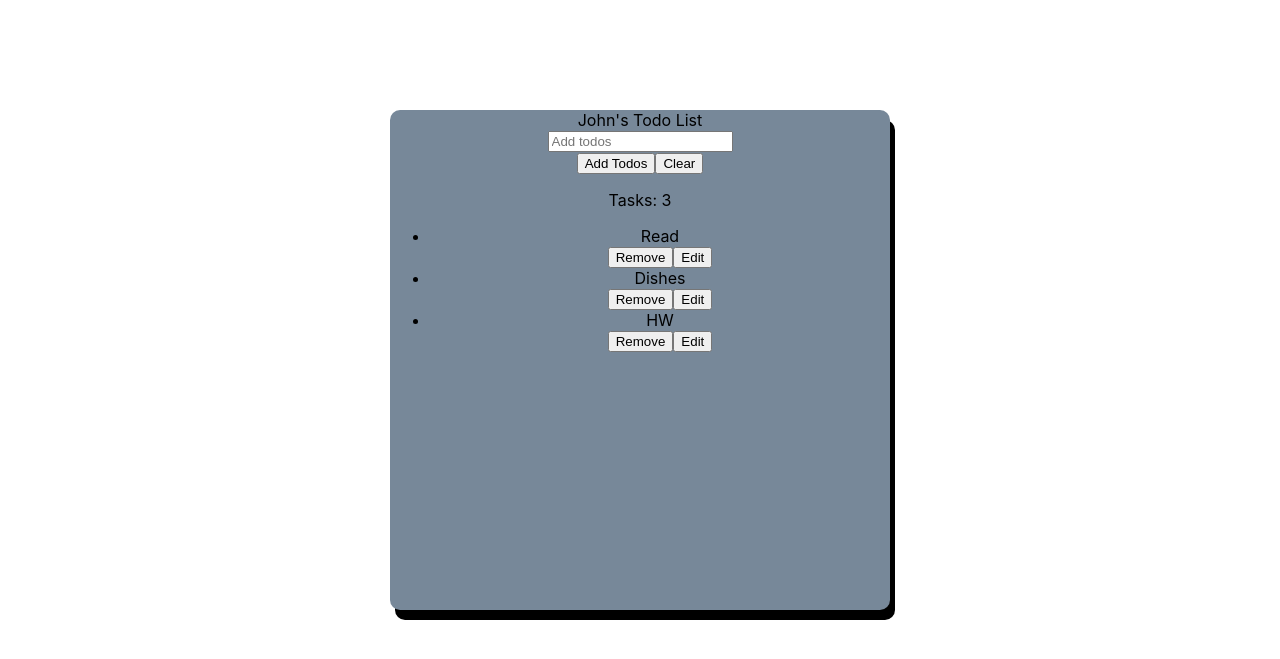
Repository: JohnKang0720/Simple-Todo-List
Page: /
These files come from the project's save history. The page is drawn as it stood at one moment and after the next save; the edit follows.
The browser window is 1280 px wide. The pictures show the whole page.
The project was rebuilt for these pictures with package versions that can differ from the ones it lists, and the page was loaded fresh each time.

Above is the page before, as saved 2021-05-27 18:37:38.

After the next save:
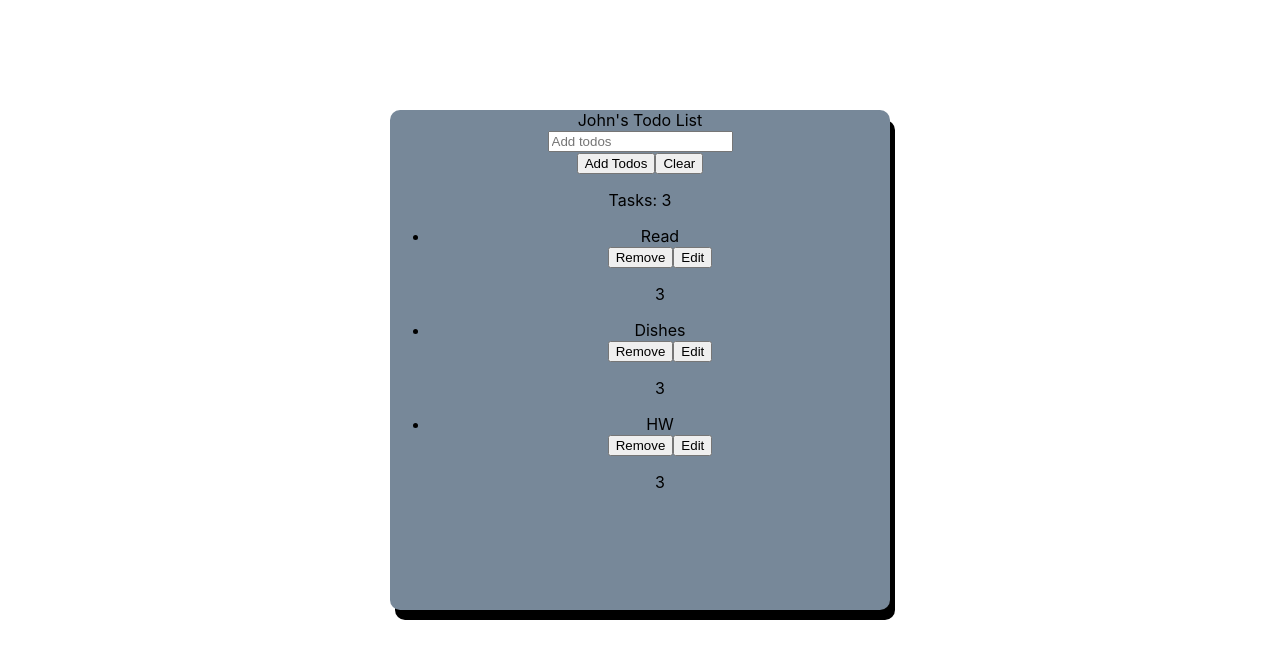
Saved 16 s later.
--- a/src/List.js
+++ b/src/List.js
@@ -1,6 +1,6 @@
 import React, { useContext } from 'react'
 
-function List({task, remove}) {
+function List({task, remove, length}) {
 
 
     return (
@@ -12,7 +12,7 @@ function List({task, remove}) {
                 <button> Edit </button>
             </div>
         </li>
-
+        <p> {length}</p>
         </div>
 
 
